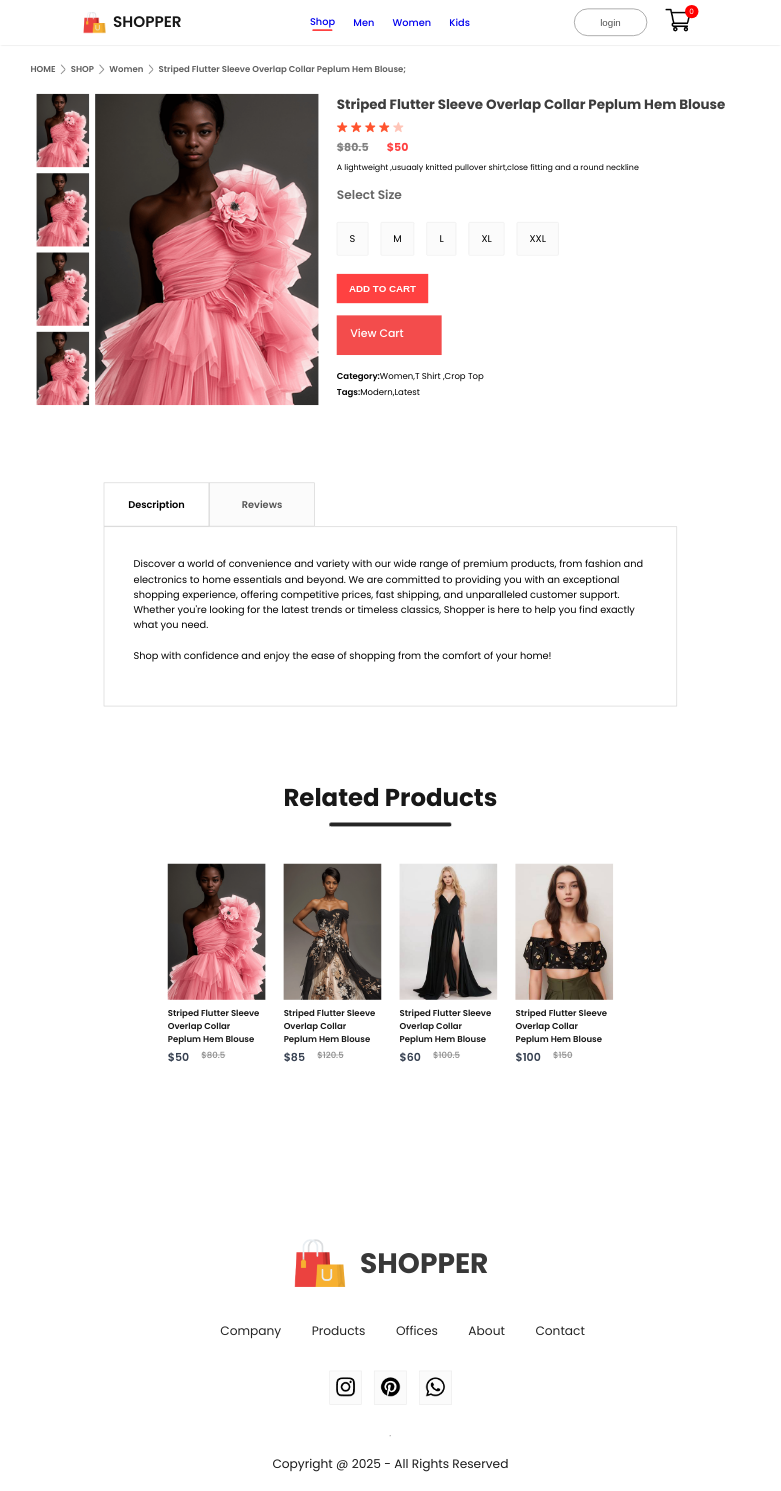
Repository: PayalJakhar/Shoppers-E-commerce-Website
Page: /product/1 (app in frontend/)
An editor plug-in stored every save of this project. The page is shown before and after a run of saves, followed by the edit.
The browser window is 1280 px wide. The pictures show the whole page, at 61% of full size.
The project was rebuilt for these pictures with package versions that can differ from the ones it lists, and the page was loaded fresh each time. Also part of the build but not shown: frontend/src/App.css, frontend/src/Components/Hero/Hero.css, frontend/src/Components/Hero/Hero.jsx, frontend/src/Components/Popular/Popular.css, frontend/src/Components/Popular/Popular.jsx, frontend/src/Components/Offers/Offers.css, frontend/src/Components/Offers/Offers.jsx, frontend/src/Components/NewCollections/NewCollections.css and 12 more.

Above is the page before, as saved 2025-01-17 19:02:57.

After the next 3 saves:
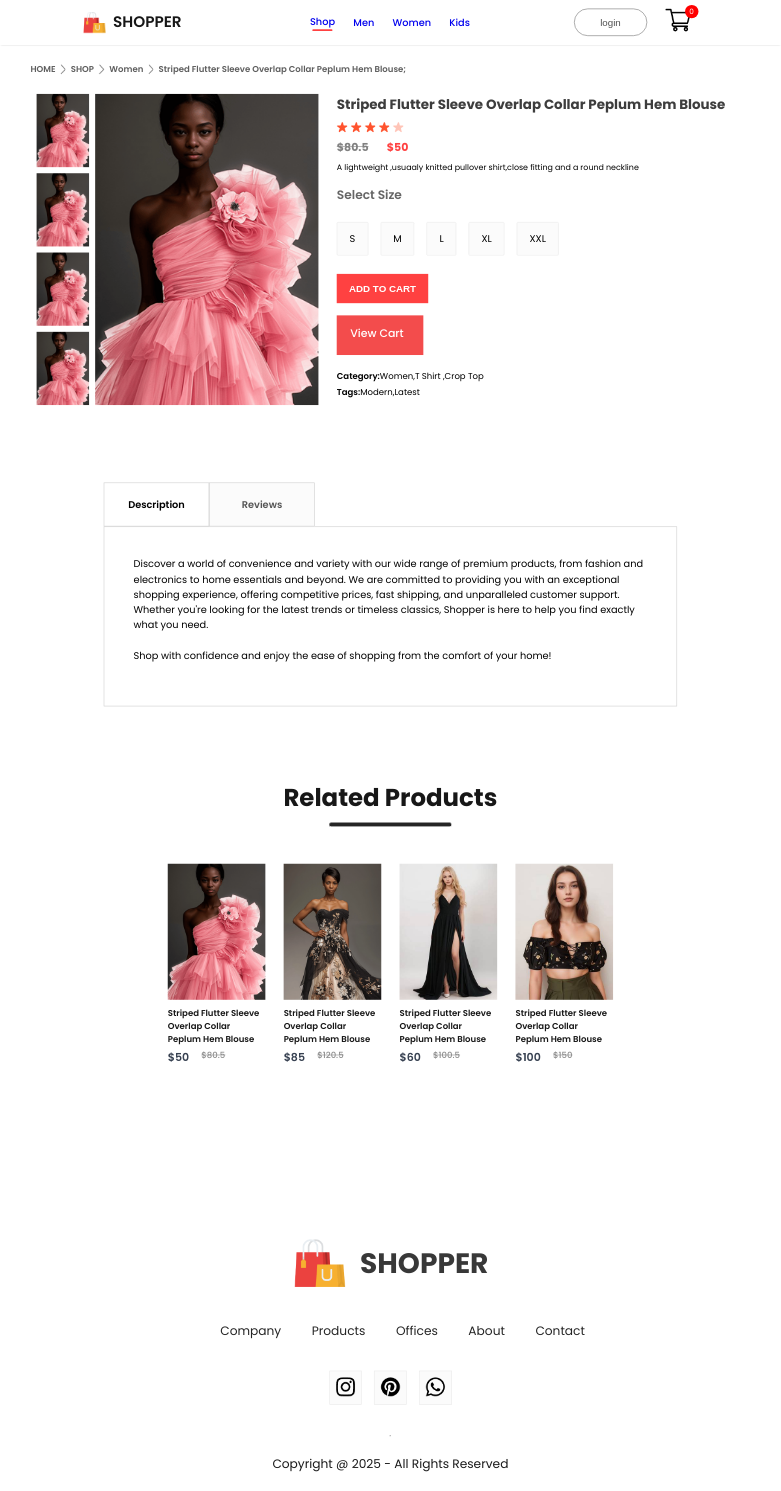
The 3 saves are shown as one change because they came seconds apart.
The last was saved 24 s later.
--- a/frontend/src/Components/ProductDisplay/ProductDisplay.css
+++ b/frontend/src/Components/ProductDisplay/ProductDisplay.css
@@ -165,7 +165,7 @@
         margin-bottom: 20px;
     }
     .view-cart-link{
-        width: 150px;
+        width: 120px;
         padding: 15px 0px;
         margin-bottom: 20px;
         padding-left: 22px;
